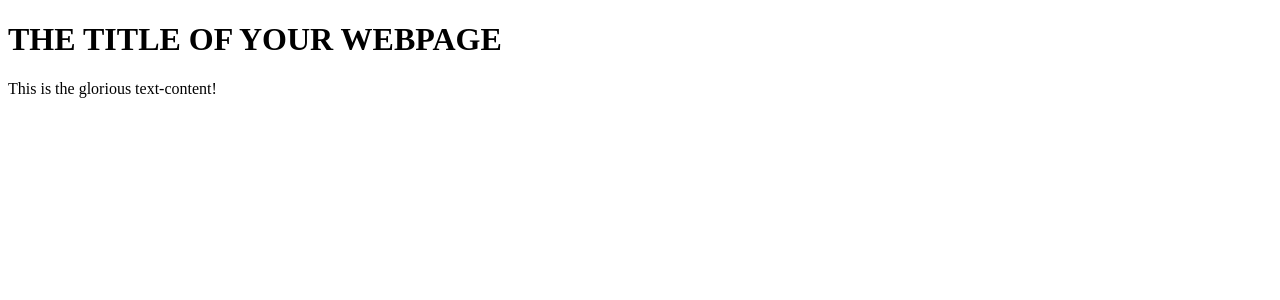
Repository: mnhardy1504/odin-recipes1
Page: repos/js-practice/indextwo.html
An editor plug-in stored every save of this project. The page is shown before and after the next save, followed by the edit.
The browser window is 1280 px wide. The pictures show the whole page.

Above is the page before, as saved 2023-10-15 13:22:45.
Console error: SyntaxError: Identifier 'container' has already been declared

### repos/js-practice/indextwo.html
<!DOCTYPE html>
<html>
<head>
<script src="indextwo.js" defer></script>
  <meta charset="UTF-8">
  <title>Page Title</title>
</head>
<body>
    <h1>
      THE TITLE OF YOUR WEBPAGE
    </h1>
    <div id="container">
        <div class="content">
        This is the glorious text-content!
      </div>
    </div>
  </body>
</html>

### repos/js-practice/indextwo.js
const container = document.querySelector('#container');
const newH3 = document.createElement('h3');
newH3.textContent = 'I\'m a blue h3!';
newH3.style.color = 'blue';
container.appendChild(newH3);

const content = document.createElement('p');
content.textContent = 'Hey, I\'m Red';
content.style.color = 'red';

const container = document.querySelector('#container');
const content = document.createElement('p');



container.appendChild(content);

After the next save:
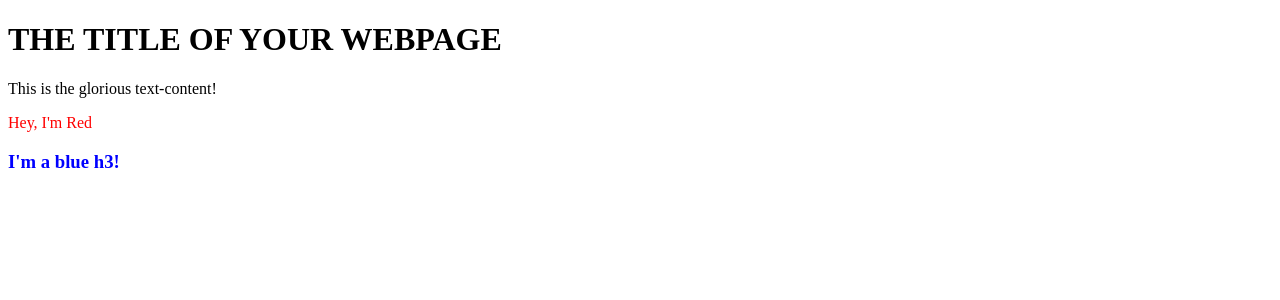
The error is gone.
Saved 6 min 59 s later.
--- a/repos/js-practice/indextwo.js
+++ b/repos/js-practice/indextwo.js
@@ -1,16 +1,12 @@
 const container = document.querySelector('#container');
-const newH3 = document.createElement('h3');
-newH3.textContent = 'I\'m a blue h3!';
-newH3.style.color = 'blue';
-container.appendChild(newH3);
 
-const content = document.createElement('p');
-content.textContent = 'Hey, I\'m Red';
-content.style.color = 'red';
+const redText = document.createElement('p');
+redText.textContent = 'Hey, I\'m Red';
+redText.style.color = 'red';
 
-const container = document.querySelector('#container');
-const content = document.createElement('p');
+const blueText = document.createElement('h3');
+blueText.textContent = "I'm a blue h3!";
+blueText.style.color = 'blue';
 
-
-
-container.appendChild(content);
+container.appendChild(redText);
+container.appendChild(blueText);
